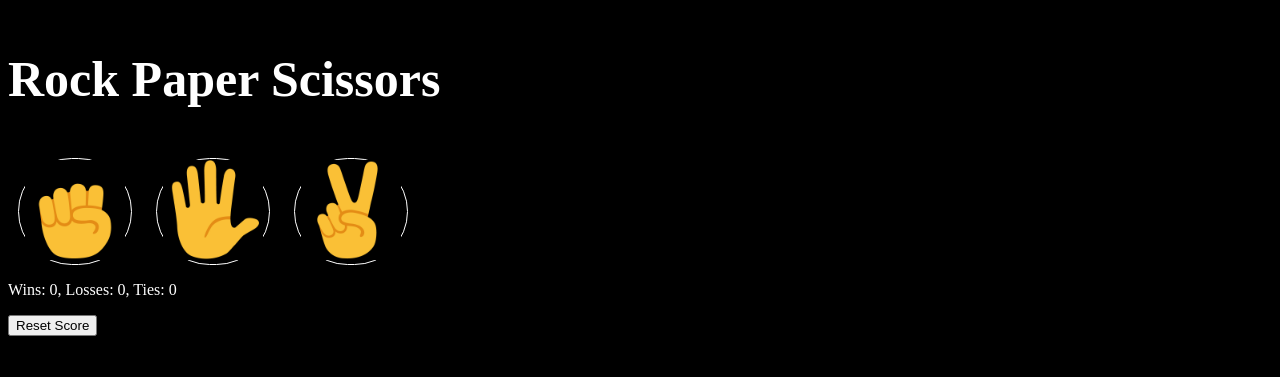
Repository: pgyunknown/Rock_paper_scissors-
Page: index.html
The author's editor kept a copy of each file at every save. The page is drawn from the files as they stood at one save, then again after a run of saves.
The browser window is 1280 px wide. The pictures show the whole page.

Above is the page before, as saved 2024-08-30 17:12:46.

### index.html

<!DOCTYPE html>
<html>
  <head>
    <title>Rock Paper Scissors</title>
    <link rel="stylesheet" href="index.css">
  </head>
  <body>
    <p class="title">Rock Paper Scissors</p>
    <button onclick="
      playGame('rock');
    "class="emoji"><img src="images/rock-emoji.png" alt=""></button>

    <button onclick="
      playGame('paper');
    " class="emoji"><img src="images/paper-emoji.png" alt=""></button>

    <button onclick="
      playGame('scissors');
    " class="emoji"><img src="images/scissors-emoji.png" alt=""></button>

    <p class="js-result result"></p>
    <p class="js-moves"></p>
    <p class="js-score score"></p>

    <button onclick="
      score.wins = 0;
      score.losses = 0;
      score.ties = 0;
      localStorage.removeItem('score');
      updateScoreElement();
    " class="reset-score-button">Reset Score</button>


    <script src="index.js">

    </script>
  </body>
</html>

### index.css
body{
  background-color: black;
  color: white;
}
.title{
  font-size: 50px;
  font-weight: bold;
}

button img{
  height: 100px;
  width: 100px;
  background-color: black;
  /* border: 1px solid white;
  border-radius: 70px; */
}
.emoji{
  background-color: black;
    border: 1px solid white;
  border-radius: 70px;
  margin: 0px 10px 0px 10px;
}

### index.js

let score = JSON.parse(localStorage.getItem('score')) || {
  wins: 0,
  losses: 0,
  ties: 0
};

updateScoreElement();

/*
if (!score) {
  score = {
    wins: 0,
    losses: 0,
    ties: 0
  };
}
*/

function playGame(playerMove) {
  const computerMove = pickComputerMove();

  let result = '';

  if (playerMove === 'scissors') {
    if (computerMove === 'rock') {
      result = 'You lose.';
    } else if (computerMove === 'paper') {
      result = 'You win.';
    } else if (computerMove === 'scissors') {
      result = 'Tie.';
    }

  } else if (playerMove === 'paper') {
    if (computerMove === 'rock') {
      result = 'You win.';
    } else if (computerMove === 'paper') {
      result = 'Tie.';
    } else if (computerMove === 'scissors') {
      result = 'You lose.';
    }

  } else if (playerMove === 'rock') {
    if (computerMove === 'rock') {
      result = 'Tie.';
    } else if (computerMove === 'paper') {
      result = 'You lose.';
    } else if (computerMove === 'scissors') {
      result = 'You win.';
    }
  }

  if (result === 'You win.') {
    score.wins += 1;
  } else if (result === 'You lose.') {
    score.losses += 1;
  } else if (result === 'Tie.') {
    score.ties += 1;
  }

  localStorage.setItem('score', JSON.stringify(score));

  updateScoreElement();

  document.querySelector('.js-result').innerHTML = result;

  document.querySelector('.js-moves').innerHTML = `You
<img src="images/${playerMove}-emoji.png" class="move-icon">
<img src="images/${computerMove}-emoji.png" class="move-icon">
Computer`;
}

function updateScoreElement() {
  document.querySelector('.js-score')
    .innerHTML = `Wins: ${score.wins}, Losses: ${score.losses}, Ties: ${score.ties}`;
}

function pickComputerMove() {
  const randomNumber = Math.random();

  let computerMove = '';

  if (randomNumber >= 0 && randomNumber < 1 / 3) {
    computerMove = 'rock';
  } else if (randomNumber >= 1 / 3 && randomNumber < 2 / 3) {
    computerMove = 'paper';
  } else if (randomNumber >= 2 / 3 && randomNumber < 1) {
    computerMove = 'scissors';
  }

  return computerMove;
}

After the next 2 saves:
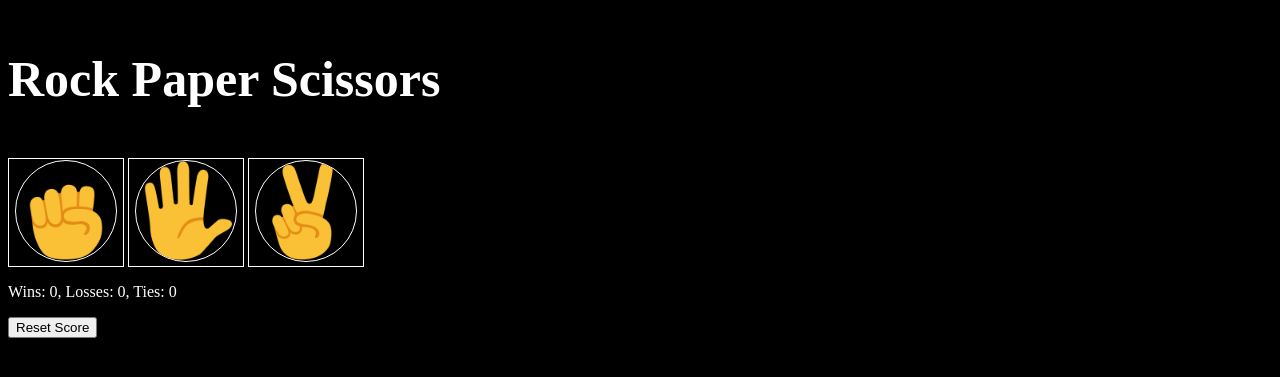
The 2 saves are shown as one change because they came seconds apart.
The last was saved 9 s later.
--- a/index.css
+++ b/index.css
@@ -11,12 +11,12 @@ button img{
   height: 100px;
   width: 100px;
   background-color: black;
-  /* border: 1px solid white;
-  border-radius: 70px; */
+  border: 1px solid white;
+  border-radius: 70px;
 }
 .emoji{
   background-color: black;
     border: 1px solid white;
-  border-radius: 70px;
-  margin: 0px 10px 0px 10px;
+  /* border-radius: 70px;
+  margin: 0px 10px 0px 10px; */
 }
